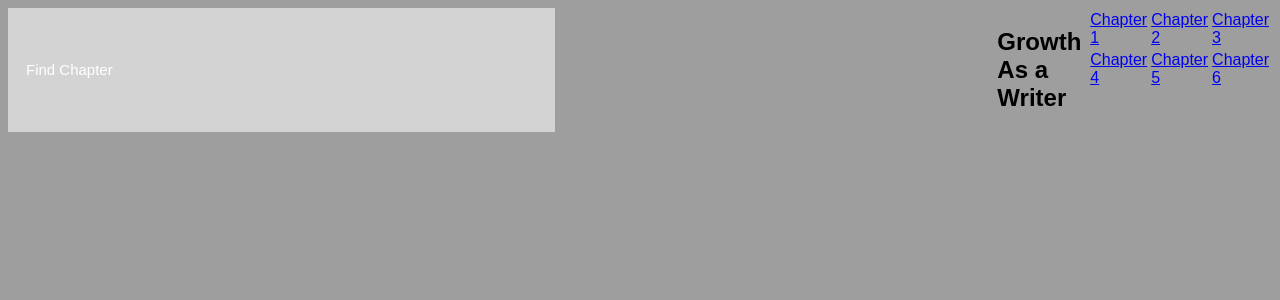
Repository: jpaisiem/WP-4
Page: index.html
An editor plug-in stored every save of this project. The page is shown before and after a run of saves, followed by the edit.
The browser window is 1280 px wide. The pictures show the whole page.

Above is the page before, as saved 2025-04-29 12:01:49.

### index.html
<!DOCTYPE html>
<html>
<head>
<meta name="viewport" content="width=device-width, initial-scale=1">
<style>
    body{
        background-color: #9e9e9e;
        font-family: Arial, sans-serif;
    }
.collapsible {
  background-color: #777;
  color: white;
  cursor: pointer;
  padding: 18px;
  width: 100%;
  border: none;
  text-align: left;
  outline: none;
  font-size: 15px;
}

.active, .collapsible:hover {
  background-color: #555;
}
.content {
  padding: 0 18px;
  display: none;
  overflow: hidden;
  background-color: #f1f1f1;
}
</style>
</head>
<body>
<div style=" text-align: left; display: flex; flex-direction: row;"><button type="button" class="collapsible" style="margin-right: 35%; background-color: lightgray; border-color: transparent;">Find Chapter</button><h2>Growth As a Writer</h2>
  <br>
  <br>
  <br>
    <span class="popup_text" id="myPopup"> <table>
    <tr>
      <td><a href="#">Chapter 1</a></td>
      <td><a href="#">Chapter 2</a></td>
      <td><a href="#">Chapter 3</a></td>
    </tr>
    <tr>
      <td><a href="#">Chapter 4</a></td>
      <td><a href="#">Chapter 5</a></td>
      <td><a href="#">Chapter 6</a></td>
    </tr>
  </table></span>
</div>

<script>
var coll = document.getElementsByClassName("collapsible");
var i;

for (i = 0; i < coll.length; i++) {
  coll[i].addEventListener("click", function() {
    this.classList.toggle("active");
    var content = this.nextElementSibling;
    if (content.style.display === "block") {
      content.style.display = "none";
    } else {
      content.style.display = "block";
    }
  });
}
</script>


</body>
</html>

After the next 3 saves:
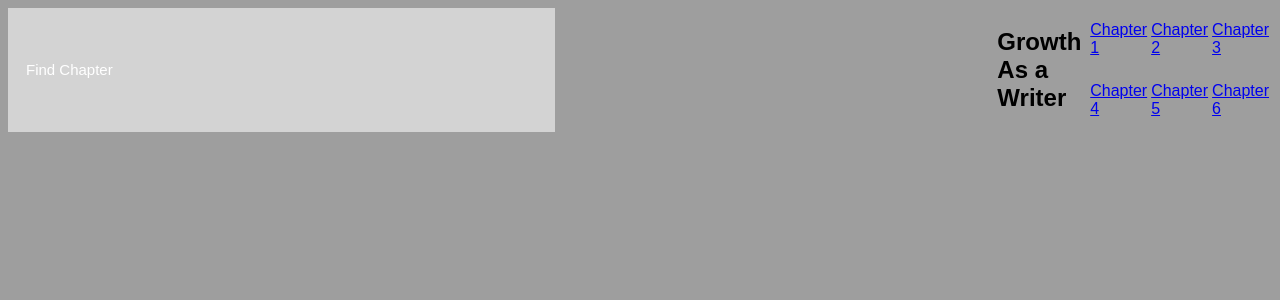
The 3 saves are shown as one change because they came seconds apart.
The last was saved 26 s later.
--- a/index.html
+++ b/index.html
@@ -34,8 +34,7 @@
 <div style=" text-align: left; display: flex; flex-direction: row;"><button type="button" class="collapsible" style="margin-right: 35%; background-color: lightgray; border-color: transparent;">Find Chapter</button><h2>Growth As a Writer</h2>
   <br>
   <br>
-  <br>
-    <span class="popup_text" id="myPopup"> <table>
+  <br> <table>
     <tr>
       <td><a href="#">Chapter 1</a></td>
       <td><a href="#">Chapter 2</a></td>
@@ -46,7 +45,7 @@
       <td><a href="#">Chapter 5</a></td>
       <td><a href="#">Chapter 6</a></td>
     </tr>
-  </table></span>
+  </table>
 </div>
 
 <script>
